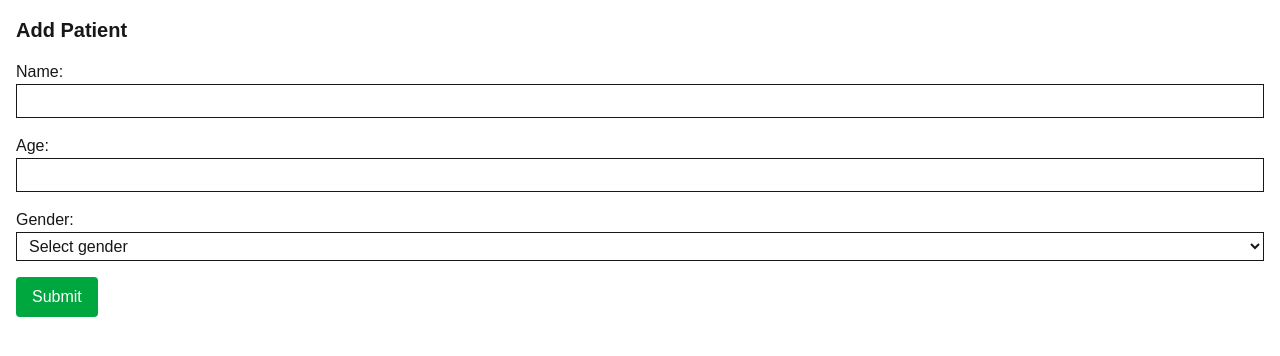
Repository: DangerCR7/patient-crud-app
Page: /patient-form (app in patient-crud-ui/)
The author's editor kept a copy of each file at every save. The page is drawn from the files as they stood at one save, then again after the next save.
The browser window is 1280 px wide. The pictures show the whole page.
The page's requests for data from a server got no answer. The project was rebuilt for these pictures with package versions that can differ from the ones it lists, and the page was loaded fresh each time. The framework's server and built-in components were replaced by stand-ins that run in the browser. No one was signed in, and anything a server would have sent is missing. Also part of the build but not shown: patient-crud-ui/next.config.mjs.

Above is the page before, as saved 2025-07-14 18:17:07.

After the next save:
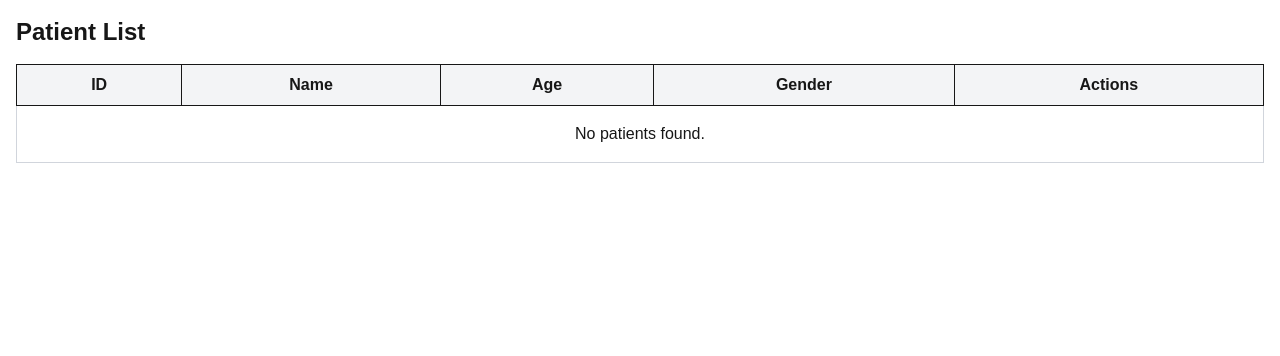
Saved 53 min 28 s later.
--- a/patient-crud-ui/src/app/patient-form/page.js
+++ b/patient-crud-ui/src/app/patient-form/page.js
@@ -1,65 +1,52 @@
-// src/app/patient-form/page.js
 'use client';
 
-import React, { useState } from 'react';
+import React, { useEffect, useState } from 'react';
 
-export default function PatientForm() {
-  const [form, setForm] = useState({ name: '', age: '', gender: '' });
+export default function PatientsList() {
+  const [patients, setPatients] = useState([]);
 
-  const handleChange = (e) => {
-    setForm({ ...form, [e.target.name]: e.target.value });
-  };
-
-  const handleSubmit = (e) => {
-    e.preventDefault();
-    // Add your POST/PUT request here
-    console.log(form);
-  };
+  useEffect(() => {
+    fetch('http://localhost:8080/api/patients')
+      .then(res => res.json())
+      .then(data => setPatients(data))
+      .catch(err => console.error("Failed to fetch patients:", err));
+  }, []);
 
   return (
     <div className="container mx-auto p-4">
-      <h1 className="text-xl font-semibold mb-4">Add Patient</h1>
-      <form onSubmit={handleSubmit} className="space-y-4">
-        <div>
-          <label>Name:</label>
-          <input
-            type="text"
-            name="name"
-            value={form.name}
-            onChange={handleChange}
-            className="border px-2 py-1 w-full"
-            required
-          />
-        </div>
-        <div>
-          <label>Age:</label>
-          <input
-            type="number"
-            name="age"
-            value={form.age}
-            onChange={handleChange}
-            className="border px-2 py-1 w-full"
-            required
-          />
-        </div>
-        <div>
-          <label>Gender:</label>
-          <select
-            name="gender"
-            value={form.gender}
-            onChange={handleChange}
-            className="border px-2 py-1 w-full"
-            required
-          >
-            <option value="">Select gender</option>
-            <option value="male">Male</option>
-            <option value="female">Female</option>
-          </select>
-        </div>
-        <button type="submit" className="bg-green-600 text-white px-4 py-2 rounded">
-          Submit
-        </button>
-      </form>
+      <h1 className="text-2xl font-bold mb-4">Patient List</h1>
+
+      <table className="table-auto w-full border-collapse border border-gray-300">
+        <thead>
+          <tr className="bg-gray-100">
+            <th className="border px-4 py-2">ID</th>
+            <th className="border px-4 py-2">Name</th>
+            <th className="border px-4 py-2">Age</th>
+            <th className="border px-4 py-2">Gender</th>
+            <th className="border px-4 py-2">Actions</th>
+          </tr>
+        </thead>
+        <tbody>
+          {patients.length === 0 ? (
+            <tr>
+              <td colSpan="5" className="text-center py-4">No patients found.</td>
+            </tr>
+          ) : (
+            patients.map(patient => (
+              <tr key={patient.id}>
+                <td className="border px-4 py-2">{patient.id}</td>
+                <td className="border px-4 py-2">{patient.name}</td>
+                <td className="border px-4 py-2">{patient.age}</td>
+                <td className="border px-4 py-2">{patient.gender}</td>
+                <td className="border px-4 py-2">
+                  <button className="bg-blue-500 text-white px-2 py-1 rounded mr-2">Edit</button>
+                  <button className="bg-red-500 text-white px-2 py-1 rounded">Delete</button>
+                </td>
+              </tr>
+            ))
+          )}
+        </tbody>
+      </table>
     </div>
   );
 }
